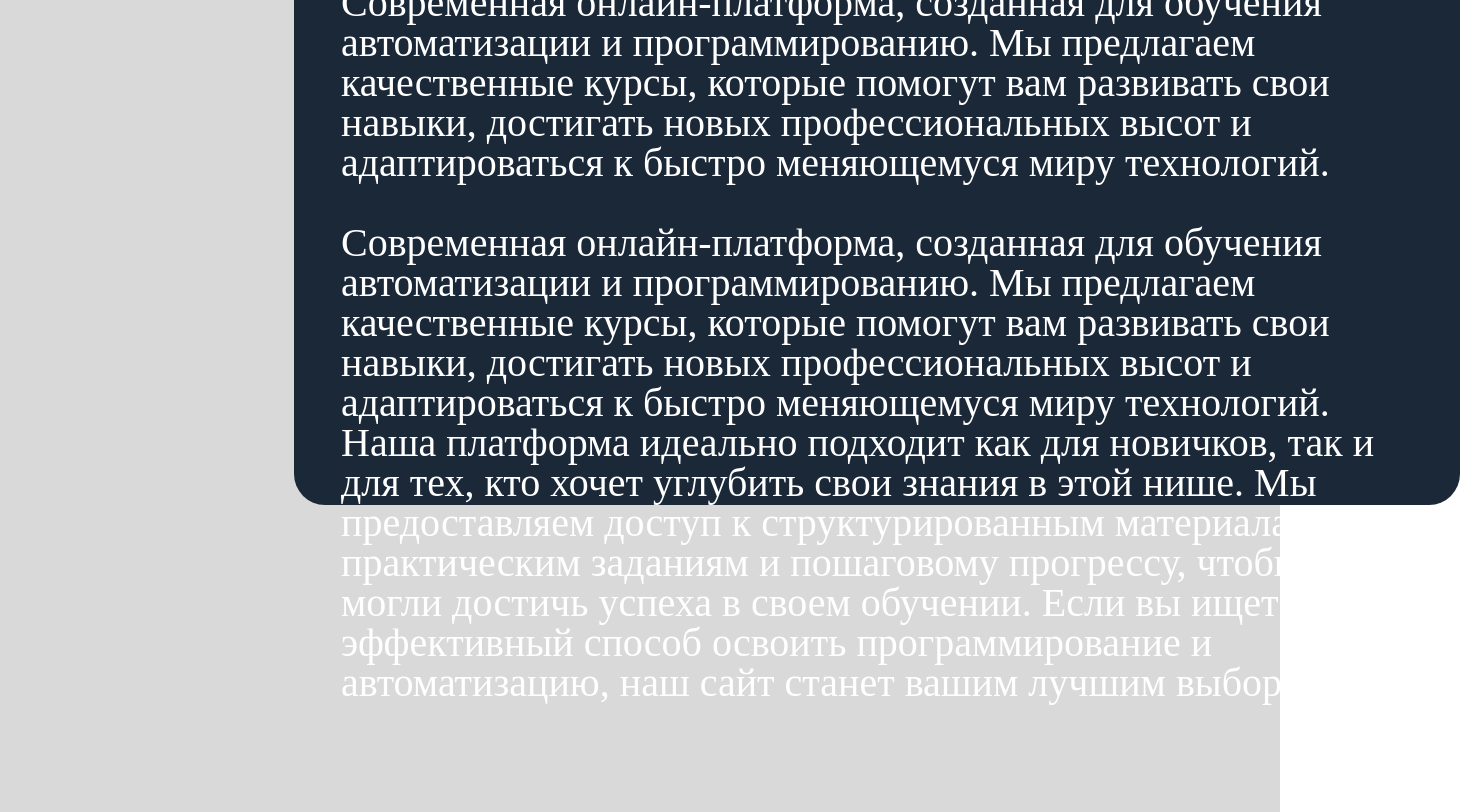
Repository: marjango/course
Page: /
The author's editor kept a copy of each file at every save. The page is drawn from the files as they stood at one save, then again after the next save.
The browser window is 1280 px wide. The page is 1460 px wide, so the pictures cover 1460 px, including what lies to the right of the window. The pictures show the part of the page from y = 1294 to 2106 px (the page is 2106 px tall).
The project was rebuilt for these pictures with package versions that can differ from the ones it lists, and the page was loaded fresh each time. The framework's server and built-in components were replaced by stand-ins that run in the browser. Also part of the build but not shown: next.config.ts.

Above is the page before, as saved 2025-03-25 00:29:31.

After the next save:
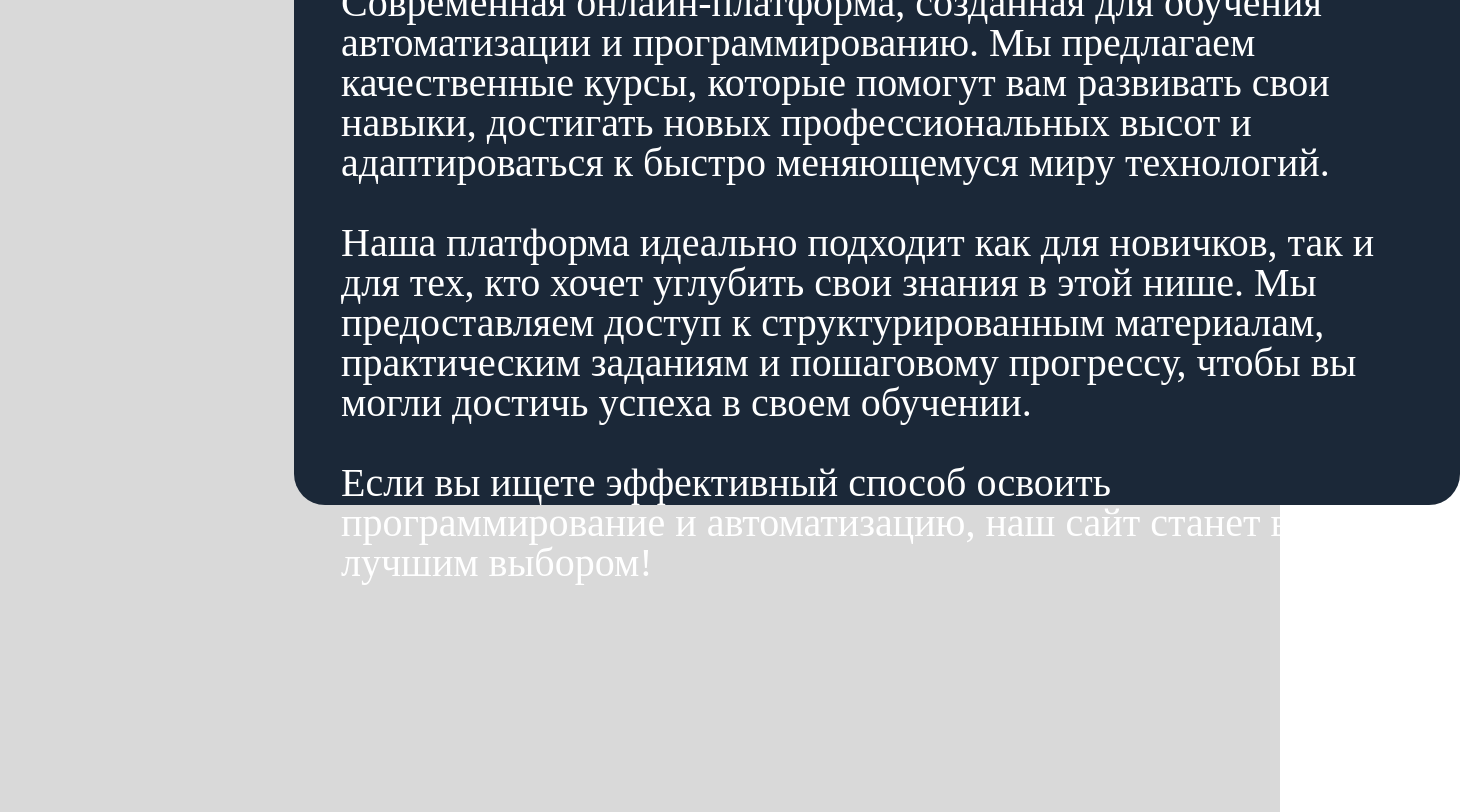
Saved 39 s later.
--- a/app/mainpage/page.tsx
+++ b/app/mainpage/page.tsx
@@ -29,24 +29,40 @@ const Mainpage = () => {
           </div>
         </div>
         <div className={s.hero}>
-            <h1>АВТОМАТИЗАЦИЯ В ДЕЙСТВИИ, IT В ОБУЧЕНИИ, БУДУЩЕЕ В ТВОИХ РУКАХ!</h1>
-            <div className={s.btns}>
-                <Link href="#" className={s.btn1}>Начни сейчас</Link>
-                <Link href="#" className={s.btn2}>Подробнее</Link>
-            </div>
+          <h1>
+            АВТОМАТИЗАЦИЯ В ДЕЙСТВИИ, IT В ОБУЧЕНИИ, БУДУЩЕЕ В ТВОИХ РУКАХ!
+          </h1>
+          <div className={s.btns}>
+            <Link href="#" className={s.btn1}>
+              Начни сейчас
+            </Link>
+            <Link href="#" className={s.btn2}>
+              Подробнее
+            </Link>
+          </div>
         </div>
       </div>
       <div className={s.about}>
         <h1>О платформе</h1>
         <div className={s.aboutText}>
-            <p> Современная онлайн-платформа, созданная для обучения автоматизации и программированию. Мы предлагаем качественные курсы, которые помогут вам развивать свои навыки, достигать новых профессиональных высот и адаптироваться к быстро меняющемуся миру технологий.
-            </p>
-            <br/>
-        Современная онлайн-платформа, созданная для обучения автоматизации и программированию. Мы предлагаем качественные курсы, которые помогут вам развивать свои навыки, достигать новых профессиональных высот и адаптироваться к быстро меняющемуся миру технологий.
-
-Наша платформа идеально подходит как для новичков, так и для тех, кто хочет углубить свои знания в этой нише. Мы предоставляем доступ к структурированным материалам, практическим заданиям и пошаговому прогрессу, чтобы вы могли достичь успеха в своем обучении.
-
-Если вы ищете эффективный способ освоить программирование и автоматизацию, наш сайт станет вашим лучшим выбором!
+          <p>
+            Современная онлайн-платформа, созданная для обучения автоматизации и
+            программированию. Мы предлагаем качественные курсы, которые помогут
+            вам развивать свои навыки, достигать новых профессиональных высот и
+            адаптироваться к быстро меняющемуся миру технологий.
+          </p>
+          <br />
+          <p>
+            Наша платформа идеально подходит как для новичков, так и для тех,
+            кто хочет углубить свои знания в этой нише. Мы предоставляем доступ
+            к структурированным материалам, практическим заданиям и пошаговому
+            прогрессу, чтобы вы могли достичь успеха в своем обучении.
+          </p>
+          <br />
+          <p>
+            Если вы ищете эффективный способ освоить программирование и
+            автоматизацию, наш сайт станет вашим лучшим выбором!
+          </p>
         </div>
       </div>
     </>
